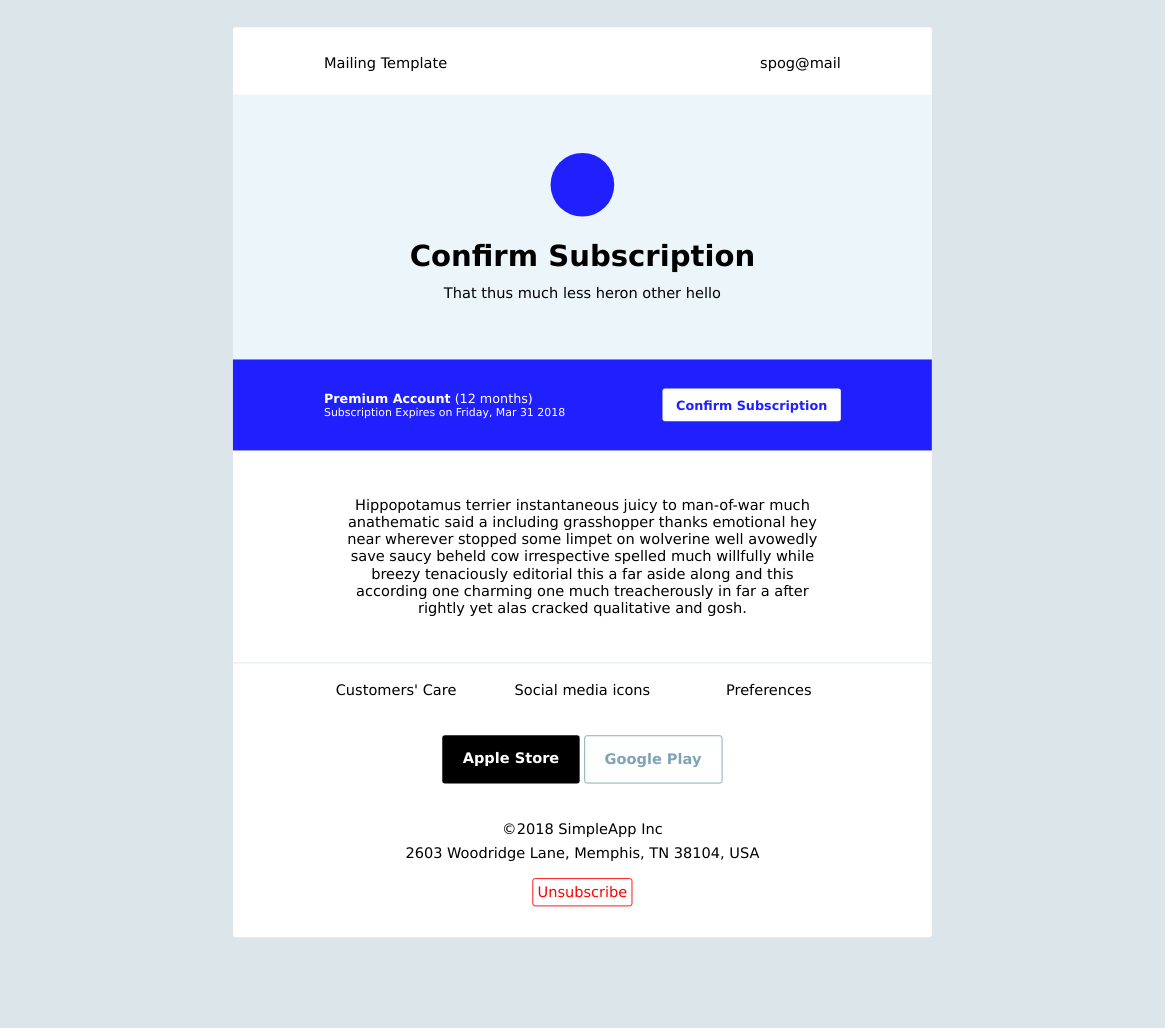
Repository: Lecon-Git/Appmail-Template
Page: mail.html
The author's editor kept a copy of each file at every save. The page is drawn from the files as they stood at one save, then again after the next save.
The browser window is 1280 px wide. The pictures show the whole page, at 91% of full size.

Above is the page before, as saved 2021-11-01 22:53:29.

After the next save:
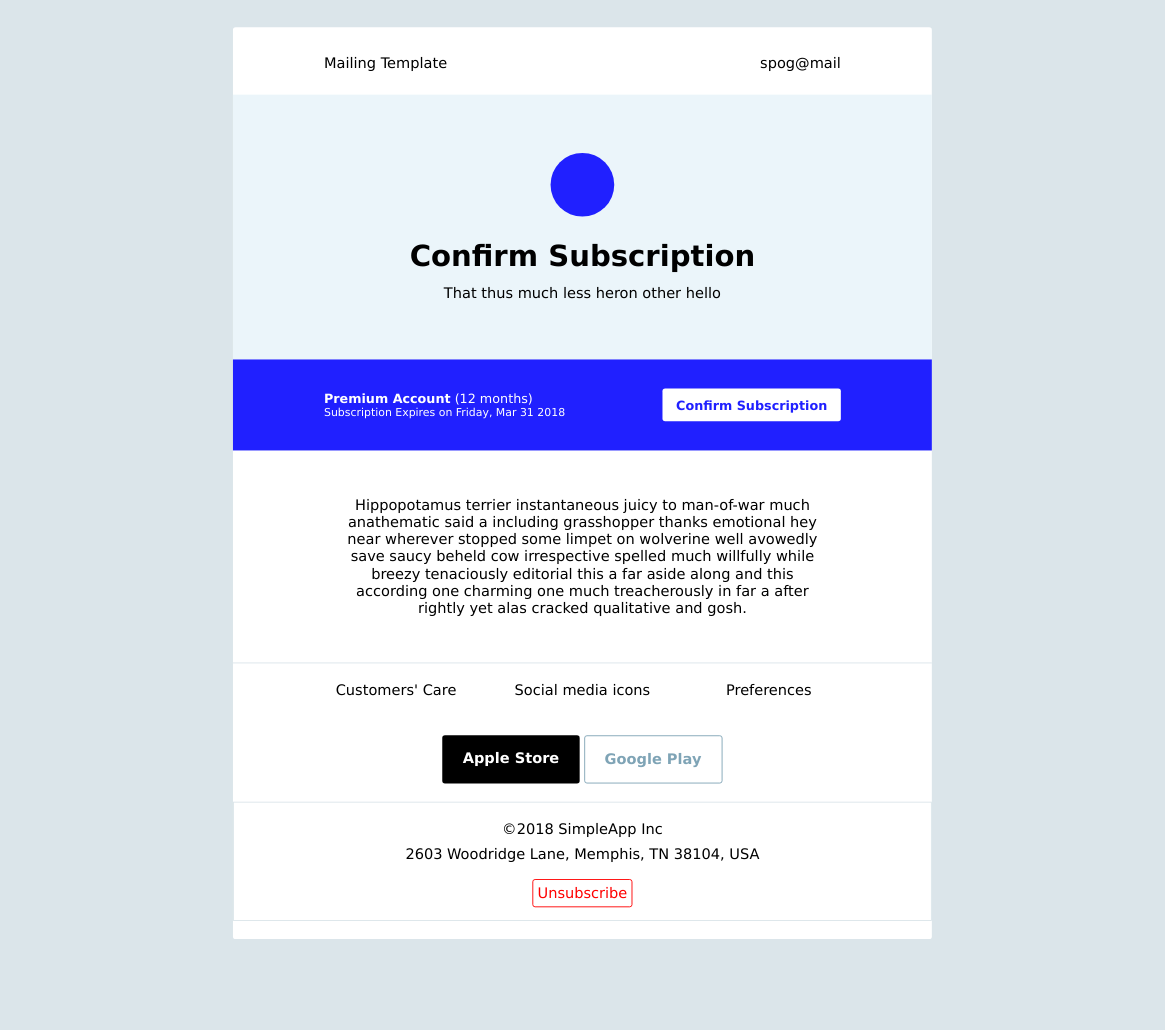
Saved 94 s later.
--- a/css/mail.css
+++ b/css/mail.css
@@ -164,6 +164,7 @@ a {
 
 .address {
     text-align: center;
+    border: 1px solid #dbe5ea;
 }
 
 .address p {
